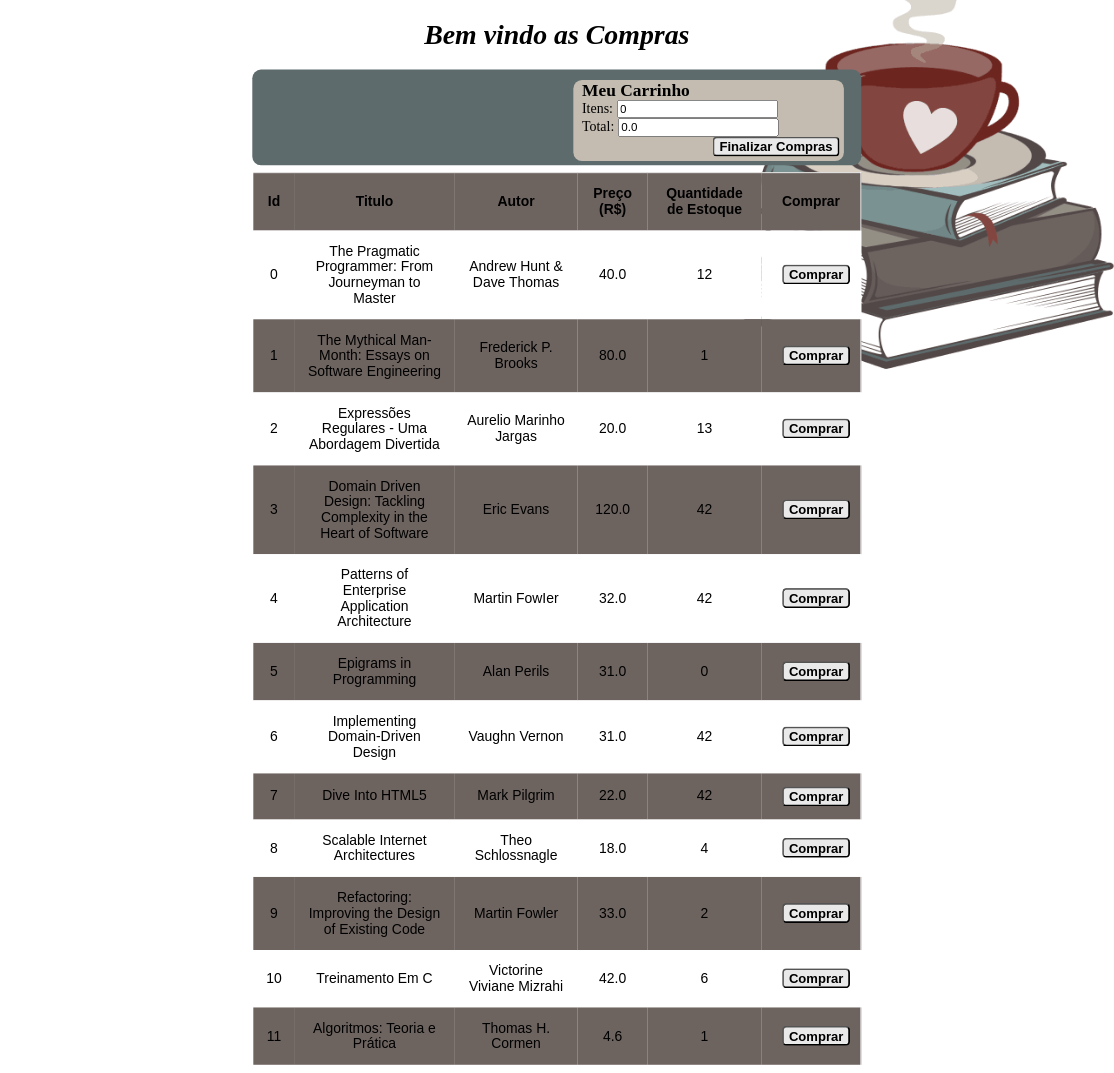
Repository: gabriellacrystina/ProjetoTegra
Page: http://localhost/book-store/Produtos
An editor plug-in stored every save of this project. The page is shown before and after the next save, followed by the edit.
The browser window is 1280 px wide. The pictures show the whole page, at 87% of full size.
Backgrounds fixed to the window are drawn as part of the page. The page is served by Tomcat 9. Other server files are loaded and not shown.

Above is the page before, as saved 2016-07-04 21:20:27.

### book-store/WebContent/index.jsp
<%@ page language="java" contentType="text/html; charset=UTF-8"
    pageEncoding="UTF-8"%>
<%@ page import="model.Produto" %>
<%@ page import="model.Item" %>
<%@ page import="java.util.ArrayList" %>
<%@ page import="java.util.List" %>

<!DOCTYPE html PUBLIC "-//W3C//DTD HTML 4.01 Transitional//EN" "http://www.w3.org/TR/html4/loose.dtd">
<html>
	<head>
		<meta http-equiv="Content-Type" content="text/html; charset=UTF-8">
		<link rel="stylesheet" type="text/css" href="book_store_stile.css">
		<script src="controle-compra.js"></script>
		<title>BookStore</title>
	</head>
	<body>

		<div class="cabecalho">
			<h1>Bem vindo as Compras</h1>
		</div>
		<form action="Produtos" method="post">
		<%

				List<Produto> produtos = (ArrayList<Produto>) session.getAttribute("listaProdutos");
				ArrayList<Item> livrosEscolhidos = (ArrayList<Item>)session.getAttribute("listaItens");
				int quantidade = 0;
				double total = 0;
				if(livrosEscolhidos == null){
					quantidade = 0;
					total = 0;
				}else{
					for(Item i: livrosEscolhidos){
						quantidade = i.getQuantidade();
						total = i.getProduto().getPreco() * quantidade;
					}
				}
			%>
			<div class="meu-carrinho">
				<div class="carrinho">
					<label id="meu-carrinho">Meu Carrinho</label><br>
					Itens: <input class="lbl-itens" id="qtde-itens" name="quantidade"  value="<%=quantidade%>"/><br>
					Total: <input class="lbl-total" id="total" name="total" value="<%=total%>"/><br>
					<button class="btn" id="btn-finalizar-compra" onclick="validaCarrinho()">Finalizar Compras</button>
				</div>
			</div>

			<table id="tbl-books">
			  <tr>
			  	<th class="id-livro">Id</th>
			    <th>Titulo</th>
			    <th>Autor</th>
			    <th>Preço (R$)</th>
			    <th>Quantidade de Estoque</th>
			    <th>Comprar</th>
			  </tr>
			  <%
			  	for(Produto p: produtos){
		  		%>
		  			<tr class="livros">
		  				<td class="id-livro" name="id"><%= p.getId() %></td>
						<td class="nome-livro"><%= p.getTitulo() %></td>
						<td class="nome-autor"><%= p.getAutor() %></center></td>
						<td class="preco"><%= p.getPreco() %></center></td>
						<td class="estoque"><%= p.getEstoque() %></center></td>
						<td><input onclick="validaEstoque" class="btn"  id="btn-comprar" type="submit" name="submit" value="Comprar" ></input></td>
					</tr>
		  		<%
			  	}
			  %>
			</table>
		</form>
	</body>
</html>

### book-store/src/servlet/BuscaProdutos.java
package servlet;

import java.io.IOException;

import javax.servlet.ServletException;
import javax.servlet.annotation.WebServlet;
import javax.servlet.http.HttpServlet;
import javax.servlet.http.HttpServletRequest;
import javax.servlet.http.HttpServletResponse;
import javax.servlet.http.HttpSession;

import java.util.ArrayList;
import java.util.List;

import model.Item;
import model.Produto;
import dao.ProdutoDAO;

/**
 * Servlet implementation class BuscaProdutos
 * Classe responsavel por gerar uma lista estatica de produtos;
 * E ainda montar uma lista de livros escolhidos pelo o usuário.
 *
 */
@WebServlet("/Produtos")
public class BuscaProdutos extends HttpServlet {
	private static final long serialVersionUID = 1L;

    /**
     * @see HttpServlet#HttpServlet()
     */
    public BuscaProdutos() {
        super();
        // TODO Auto-generated constructor stub
    }

	/**
	 * @see HttpServlet#doGet(HttpServletRequest request, HttpServletResponse response)
	 */
	protected void doGet(HttpServletRequest request, HttpServletResponse response) throws ServletException, IOException {

		HttpSession sessao = request.getSession();

		//Gerando lista estatica.
		List<Produto> produtos = new ProdutoDAO().getListaProdutos();

		//colocando na sessao a lista de produtos
		sessao.setAttribute("listaProdutos", produtos);

		//redirecionar pro index.
		request.getRequestDispatcher("index.jsp").forward(request, response);
	}

	/**
	 * @see HttpServlet#doPost(HttpServletRequest request, HttpServletResponse response)
	 */
	protected void doPost(HttpServletRequest request, HttpServletResponse response) throws ServletException, IOException {
		HttpSession sessao = request.getSession();
		Item item = new Item();
		Produto produto;
		double subtotal = 0, total=0;
		Integer indice, quantidade=0, qtdeLivros=0;
		Item itemEncontrado = null;

		//captura Lista de Produtos e LivrosEscolhidos da sessao.
		List<Produto> produtos = (ArrayList<Produto>) sessao.getAttribute("listaProdutos");
		ArrayList<Item> livrosEscolhidos = (ArrayList<Item>) sessao.getAttribute("listaItens");

		if(livrosEscolhidos == null){
			livrosEscolhidos = new ArrayList<Item>();
			sessao.setAttribute("listaItens", livrosEscolhidos);
		}

		//Indice do livro
		indice = Integer.parseInt(request.getParameter("id-livro"));
		produto = produtos.get(indice);

		if(produto.contemEstoqueDisponivel()){
			/**Montando um item para adicionar em livrosEscolhidos.**/
			//Se a lista estiver vazia
			if(livrosEscolhidos.isEmpty()){
				//add item
				item.setProduto(produto);

				quantidade = item.getQuantidade() + 1;
				item.setQuantidade(quantidade);

				subtotal = quantidade * produto.getPreco();
				item.setSubtotal(subtotal);

				livrosEscolhidos.add(item);

				produto.atualizaEstoqueVenda();
			}else{
				//Senao percorre a lista
				for(int i=0; i<livrosEscolhidos.size(); i++){
					//verifica se o item a ser adicionado já existe na lista de livros Escolhidos
					if(produto.getTitulo().equals(livrosEscolhidos.get(i).getProduto().getTitulo())){
						itemEncontrado = livrosEscolhidos.get(i);
					}
				}
				//item já existe na lista?
				if(itemEncontrado != null){
					//atualiza a quantidade e o subtotal deste item
					itemEncontrado.adicionarQuantidade();

					itemEncontrado.adicionarSubtotal(produto.getPreco());

					produto.atualizaEstoqueVenda();
				}else{
					//senao adiciona um novo item na lista
					item.setProduto(produto);

					quantidade = item.getQuantidade() + 1;
					item.setQuantidade(quantidade);

					subtotal = quantidade * produto.getPreco();
					item.setSubtotal(subtotal);

					livrosEscolhidos.add(item);

					produto.atualizaEstoqueVenda();
				}
			}
		}

		//Total de livros e valor correspondente
		if( livrosEscolhidos != null){
			for(Item i: livrosEscolhidos){
				qtdeLivros = qtdeLivros + i.getQuantidade();
				total = total +  i.getProduto().getPreco() * i.getQuantidade();
			}
		}

		sessao.setAttribute("qtdeLivros", qtdeLivros);
		sessao.setAttribute("total", total);
		request.getRequestDispatcher("index.jsp").forward(request, response);
	}
}

### book-store/src/dao/ProdutoDAO.java
package dao;

import java.util.ArrayList;
import java.util.List;

import model.Produto;

/**
 * Produto(Data Object Access)
 *
 * Classe que simula acesso ao banco de dados
 */

public class ProdutoDAO {

	private final static List<Produto> listaProdutos = new ArrayList<>();

	static{
		adicionaProduto(new Produto("The Pragmatic Programmer: From Journeyman to Master", "Andrew Hunt & Dave Thomas", 40.00, 12));
		adicionaProduto(new Produto("The Mythical Man-Month: Essays on Software Engineering", "Frederick P. Brooks", 80.00, 1));
		adicionaProduto(new Produto("Expressões Regulares - Uma Abordagem Divertida", "Aurelio Marinho Jargas",20.00 ,13 ));
		adicionaProduto(new Produto("Domain Driven Design: Tackling Complexity in the Heart of Software", "Eric Evans", 120.00, 42));
		adicionaProduto(new Produto("Patterns of Enterprise Application Architecture", "Martin FowIer", 32.00, 42));
		adicionaProduto(new Produto("Epigrams in Programming", "Alan Perils", 31.00, 0));
		adicionaProduto(new Produto("Implementing Domain-Driven Design", "Vaughn Vernon", 31.00, 42));
		adicionaProduto(new Produto("Dive Into HTML5", "Mark Pilgrim", 22.00, 42));
		adicionaProduto(new Produto("Scalable Internet Architectures", "Theo Schlossnagle", 18.00, 4));
		adicionaProduto(new Produto("Refactoring: Improving the Design of Existing Code", "Martin Fowler", 33.00, 2));
		adicionaProduto(new Produto("Treinamento Em C", "Victorine Viviane Mizrahi", 42.00, 6));
		adicionaProduto(new Produto("Algoritmos: Teoria e Prática", "Thomas H. Cormen", 4.60, 1));
	}


	//Metodo que gera id automático e adiciona um produto na lista.
	private static void adicionaProduto(Produto produto){
		int id = listaProdutos.size();
		produto.setId(id);
		listaProdutos.add(produto);
	}

	public List<Produto> getListaProdutos(){
		return listaProdutos;
	}
}

### book-store/src/model/Produto.java
package model;

public class Produto {

	private int id;
	private String titulo;
	private String autor;
	private Double preco;
	private int estoque;

	public Produto(String titulo, String autor, Double preco, int estoque) {
		this.titulo = titulo;
		this.autor = autor;
		this.preco = preco;
		this.estoque = estoque;
	}

	public int getId(){
		return id;
	}

	public void setId(int id){
		this.id = id;
	}

	public String getTitulo() {
		return titulo;
	}

	public String getAutor() {
		return autor;
	}

	public Double getPreco() {
		return preco;
	}

	public int getEstoque() {
		return estoque;
	}

	public void atualizaEstoqueVenda(){
		this.estoque -= 1;
	}

	public void atualizaEstoqueDevolucao(){
		this.estoque += 1;
	}
}

### book-store/WebContent/book_store_stile.css
@CHARSET "ISO-8859-1";

body {
	background-image: url("teste.png");
	background-repeat: no-repeat;
	background-position: right top;
	background-attachment: fixed;
    width: 700px;
    margin-left: auto;
	margin-right: auto;
}

h1 {
	font-style: oblique;
	text-align: center;
    color: #000000;
}

#tbl-books {
	width: 100%;
	font-family: "Arial", "Helvetica", sans-serif;
	border: 1px solid #ffffff;
    border-collapse: collapse;

}

#tbl-books tr:nth-child(even){
	background-color: #FFFFFF
}

#tbl-books tr:nth-child(odd){
	background-color: #6D6460;

}

th, td {
    padding: 15px;
    text-align: center;
}

.meu-carrinho{
	width: 100%;
	height: 110px;
	border-radius: 10px;
    padding: 12px 20px;
    margin: 8px 0;
    box-sizing: border-box;
	background-color: #5D6B6C;
	margin-left: auto;
	margin-right: auto;
}
.carrinho{
	float: right;
	background-color: #c4bcb0;
	border-radius: 10px;
	padding-left: 10px;
	padding-bottom: 5px;
	margin-left: auto;
	margin-right: auto;
}

#meu-carrinho{
	font-size: 20px;
	font-weight: bold;
}

.btn {
	font-family: "Arial", "Helvetica", sans-serif;
	border-radius: 5px;
	font-size: 15px;
	font-weight: bold;
	margin-left: 150px;
	margin-right: 5px;
	background-color: #e9e9e9;
}

#btn-comprar{
	margin-left: 10%;
}

### book-store/WebContent/controle-compra.js
/**
 * Controle de Compra. Arquivo que valida dados do arquivo index.jsp
 */

//capturando a lista de objetos pacientes da tabela
var trLivros = document.getElementsByClassName("livros");

for(var i=0; i < trLivros.length; i++ ){
	var livroTr = trLivros[i];

	var tdId = livroTr.getElementsByClassName("id-livro");
	var tdNomeLivro = livroTr.getElementsByClassName("nome-livro");
	var tdNomeAutor = livroTr.getElementsByClassName("nome-autor");
	var tdPreco =livroTr.getElementsByClassName("preco");
	var tdEstoque = livroTr.getElementsByClassName("estoque");

	var LivroAtual = {
		id : tdId.textContent,
		nomeLivro : tdNomeLivro.textContent,
		nomeAutor : tdNomeAutor.textContent,
		preco : tdPreco.textContent,
		estoque : tdEstoque.textContent,
		validaEstoque : function(){
			if(this.estoque == 0){
				alert("Produto indisponível em estoque!!");
			}
		}
	}
}


function validaCarrinho(){
	var qtdeItens = document.getElementById("qtde-itens").textContent;

	if(qtdeItens == 0){
		alert("Não há itens no carrinho!!");
	}
}

After the next save:
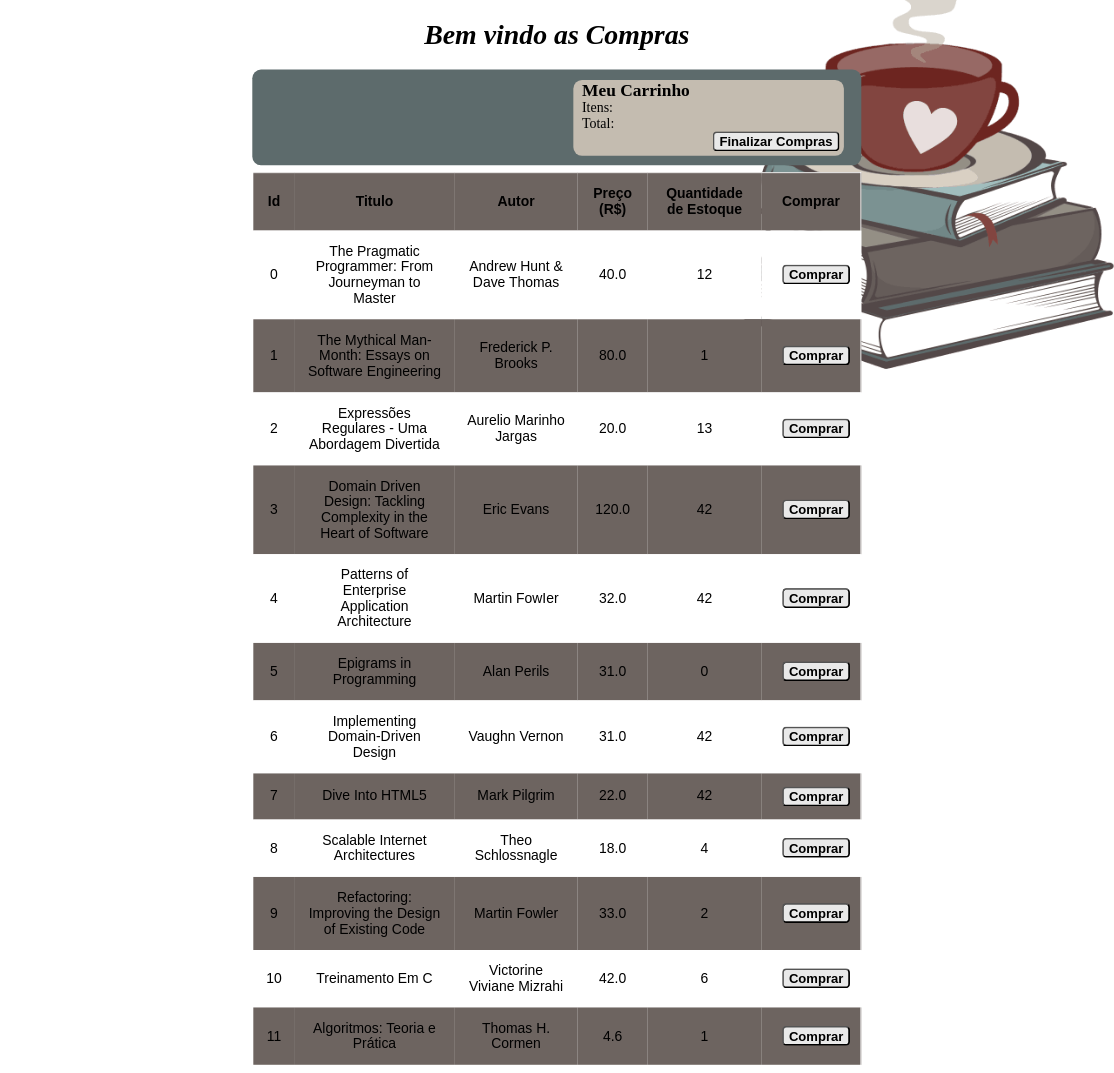
Saved 27 s later.
--- a/book-store/WebContent/index.jsp
+++ b/book-store/WebContent/index.jsp
@@ -38,8 +38,8 @@
 			<div class="meu-carrinho">
 				<div class="carrinho">
 					<label id="meu-carrinho">Meu Carrinho</label><br>
-					Itens: <input class="lbl-itens" id="qtde-itens" name="quantidade"  value="<%=quantidade%>"/><br>
-					Total: <input class="lbl-total" id="total" name="total" value="<%=total%>"/><br>
+					Itens: <input type="hidden" class="lbl-itens" id="qtde-itens" name="quantidade"  value="<%=quantidade%>"/><br>
+					Total: <input type="hidden" class="lbl-total" id="total" name="total" value="<%=total%>"/><br>
 					<button class="btn" id="btn-finalizar-compra" onclick="validaCarrinho()">Finalizar Compras</button>
 				</div>
 			</div>

After the 3 saves that followed:
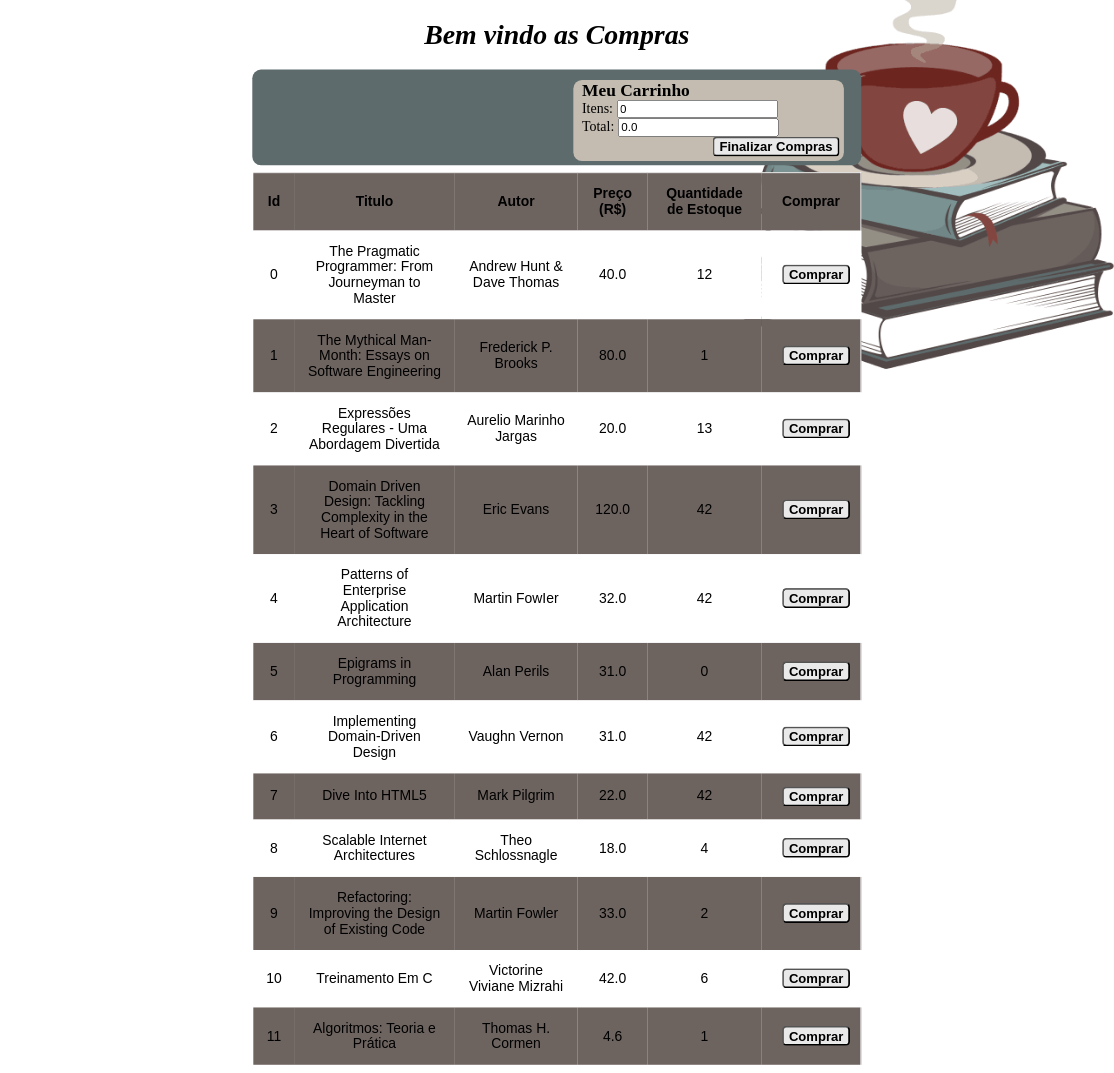
The 3 saves are shown as one change because 1 left the picture as it was and some came seconds apart.
The last was saved 44 s later.
--- a/book-store/WebContent/index.jsp
+++ b/book-store/WebContent/index.jsp
@@ -38,8 +38,8 @@
 			<div class="meu-carrinho">
 				<div class="carrinho">
 					<label id="meu-carrinho">Meu Carrinho</label><br>
-					Itens: <input type="hidden" class="lbl-itens" id="qtde-itens" name="quantidade"  value="<%=quantidade%>"/><br>
-					Total: <input type="hidden" class="lbl-total" id="total" name="total" value="<%=total%>"/><br>
+					Itens: <input class="lbl-itens" id="qtde-itens" name="quantidade"  value="<%=quantidade%>"/><br>
+					Total: <input class="lbl-total" id="total" name="total" value="<%=total%>"/><br>
 					<button class="btn" id="btn-finalizar-compra" onclick="validaCarrinho()">Finalizar Compras</button>
 				</div>
 			</div>
